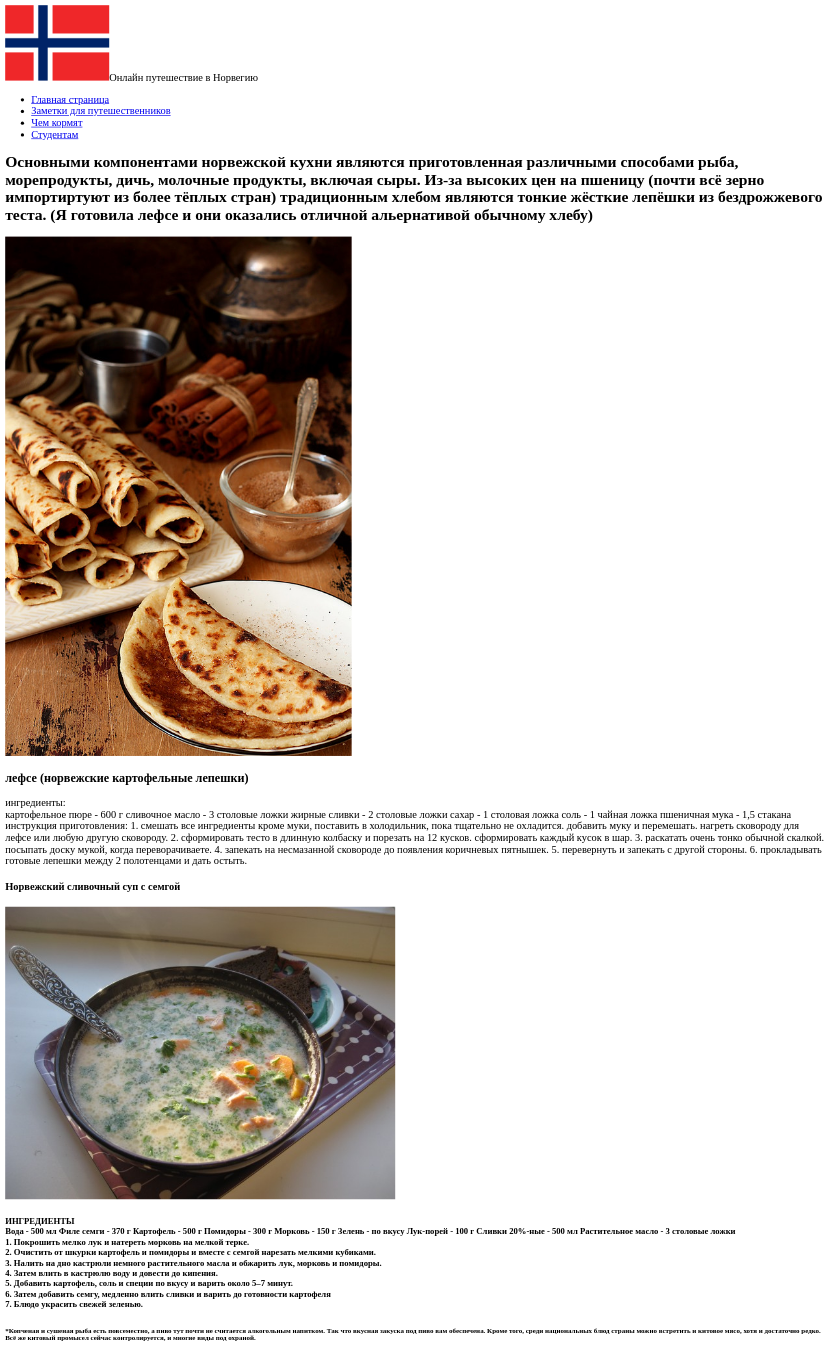
Repository: ryabinina-ekaterina/ryabinina-ekaterina.githab.io
Page: week11/week1.html
The author's editor kept a record of every edit. The page is drawn from the files as they stood at one moment, then again after the next edit.
The browser window is 1280 px wide. The pictures show the whole page, at 65% of full size.

Above is the page before.

After the next edit:
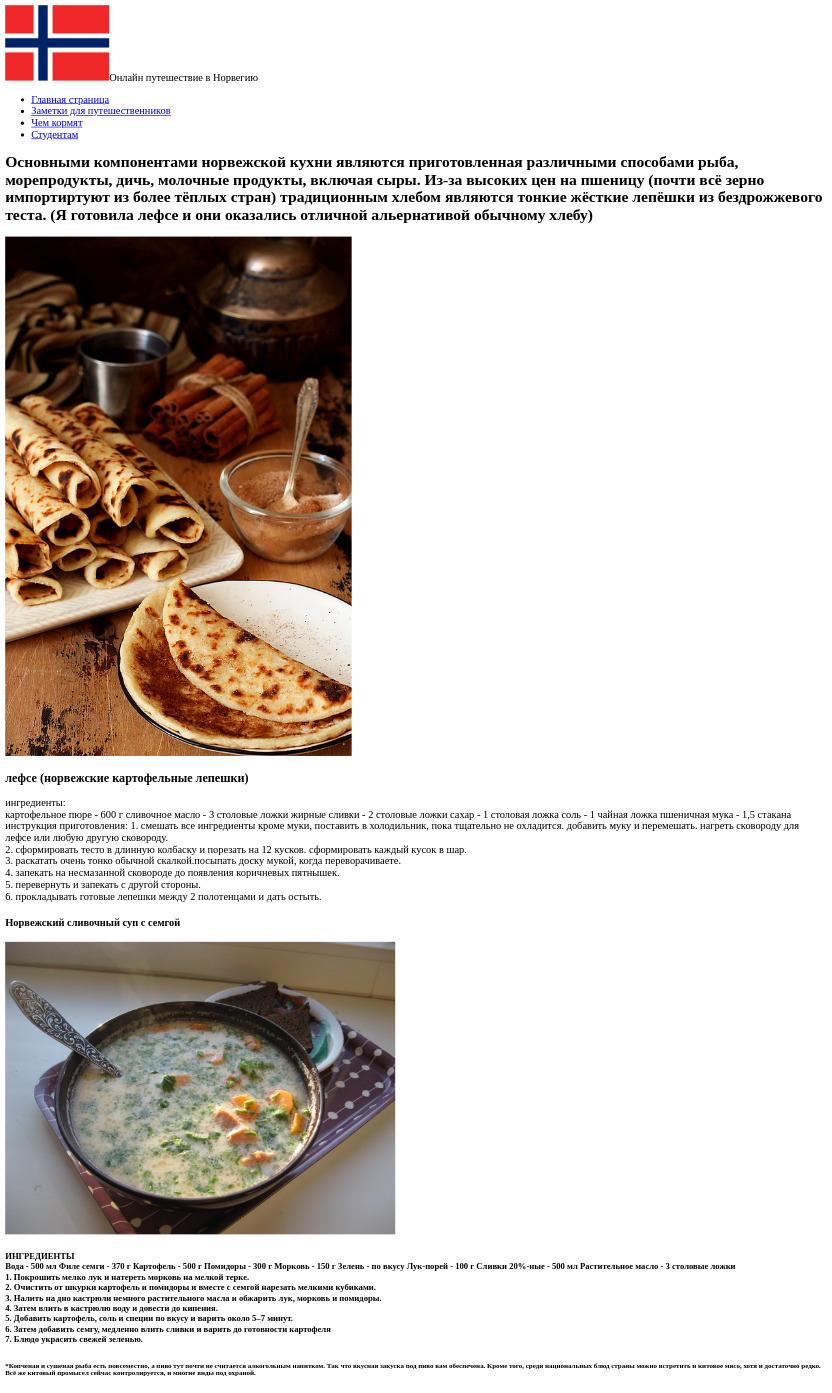
The edit:
--- a/week11/week1.html
+++ b/week11/week1.html
@@ -39,11 +39,20 @@
 инструкция приготовления:
 
 1. смешать все ингредиенты кроме муки, поставить в холодильник, пока тщательно не охладится. добавить муку и перемешать. нагреть сковороду для лефсе или любую другую сковороду.
+ </main>
+        <div>
 2. сформировать тесто в длинную колбаску и порезать на 12 кусков. сформировать каждый кусок в шар.
-3. раскатать очень тонко обычной скалкой.
-посыпать доску мукой, когда переворачиваете.
+ </main>
+        <div>
+3. раскатать очень тонко обычной скалкой.посыпать доску мукой, когда переворачиваете.
+ </main>
+        <div>
 4. запекать на несмазанной сковороде до появления коричневых пятнышек.
+ </main>
+        <div>
 5. перевернуть и запекать с другой стороны.
+ </main>
+        <div>
 6. прокладывать готовые лепешки между 2 полотенцами и дать остыть.</h3>
         </main>
         </div>
